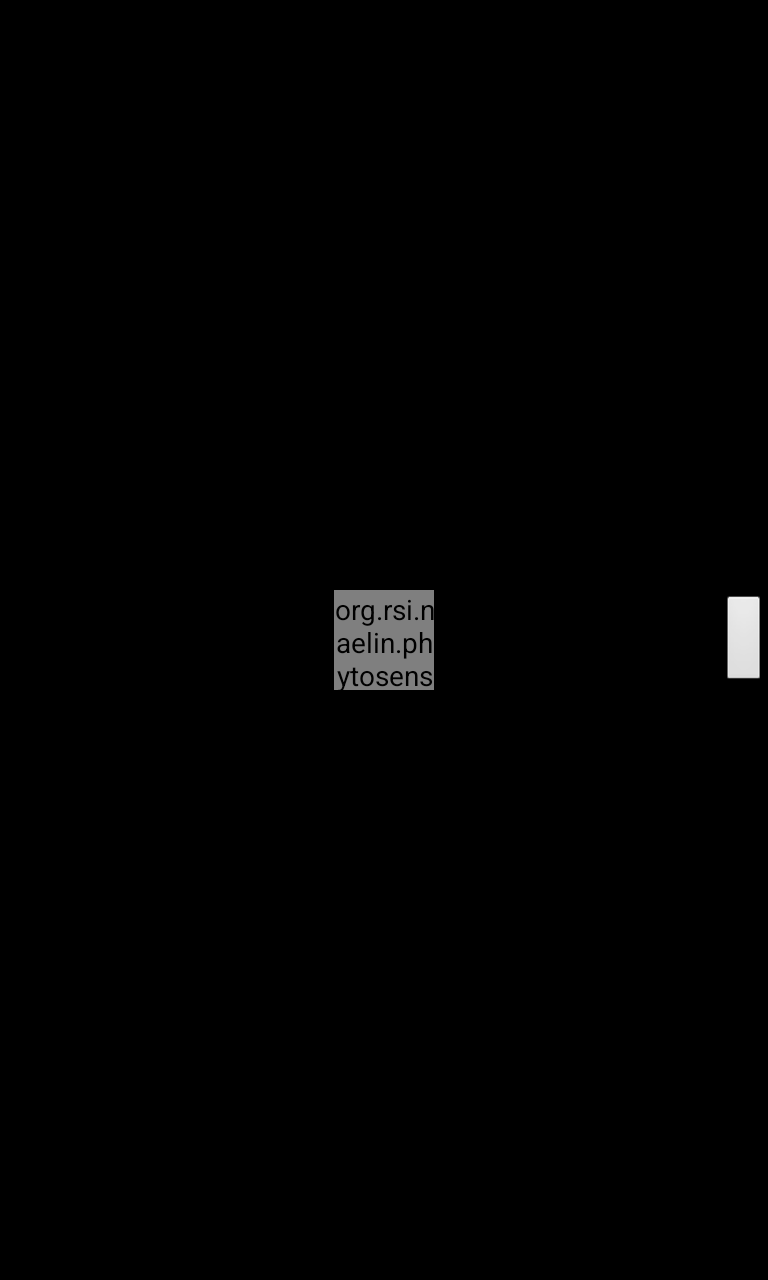
Repository: justnaelin/PhytoSenseIt-app
Layout: PhytoSenseIt/res/layout/activity_main.xml
These files come from the project's save history. The layout is drawn as it stood at one moment and after the next save; the edit follows.
Pictures or frames that could not be fetched are drawn as grey boxes. It is drawn on a 768 x 1280 px phone screen (xhdpi) without system bars, with theme android:Theme.NoTitleBar.Fullscreen; the app's code is not run.

Above is the layout before, as saved 2015-07-29 18:12:28.

### PhytoSenseIt/res/layout/activity_main.xml
<?xml version="1.0" encoding="UTF-8"?>
<RelativeLayout xmlns:android="http://schemas.android.com/apk/res/android"
    xmlns:tools="http://schemas.android.com/tools"
    android:layout_width="match_parent"
    android:layout_height="match_parent"
     >
	<!--
    <org.rsi.naelin.phytosenseit.CameraView
        android:id="@+id/java_surface_view"
        android:layout_width="match_parent"
        android:layout_height="match_parent" /> -->

    <ImageView
        android:id="@+id/image_view"
        android:layout_width="match_parent"
        android:layout_height="match_parent" />

    <org.rsi.naelin.phytosenseit.CameraView
        android:id="@+id/cameraView1"
        android:layout_width="50dp"
        android:layout_height="50dp"
        android:layout_centerHorizontal="true"
        android:layout_centerVertical="true" />

    <Button
        android:id="@+id/take_photo_button"
        android:layout_width="wrap_content"
        android:layout_height="wrap_content"
        android:layout_alignBaseline="@+id/cameraView1"
        android:layout_alignBottom="@+id/cameraView1"
        android:layout_alignParentRight="true" />

</RelativeLayout>

After the next save:
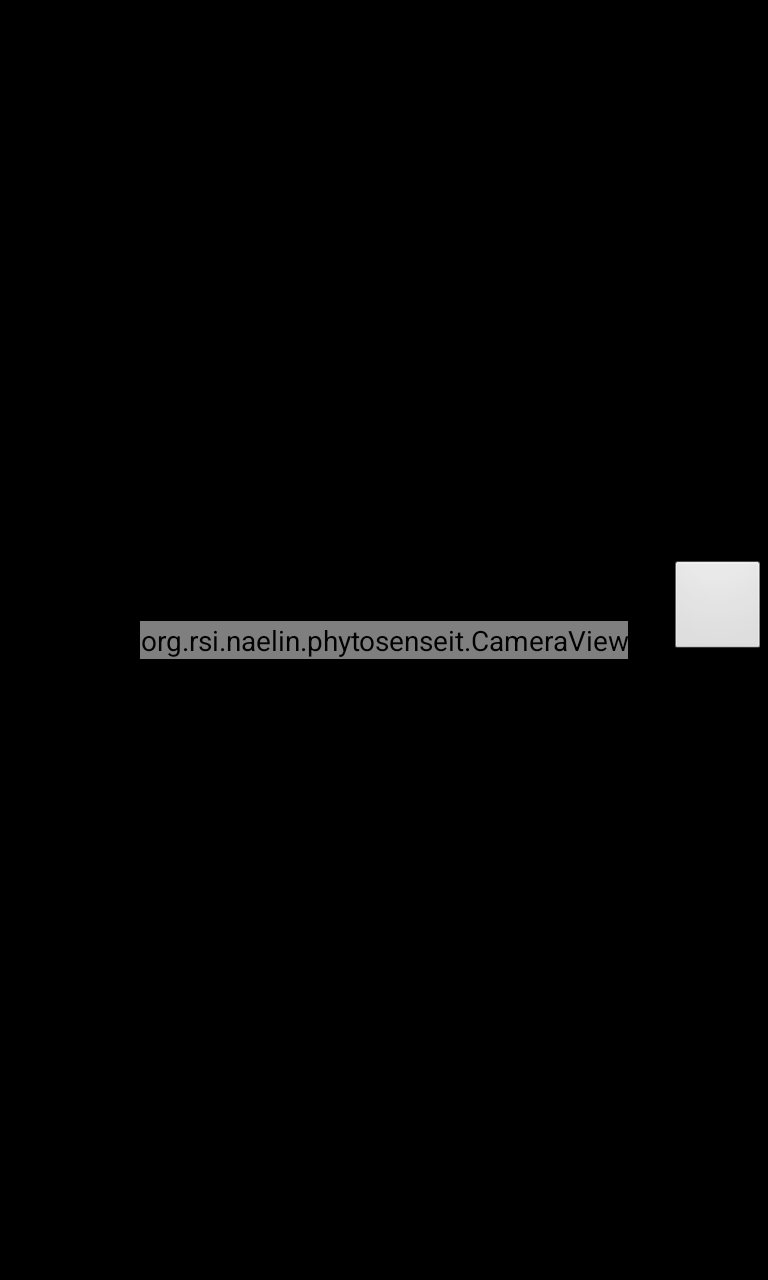
Saved 62 s later.
--- a/PhytoSenseIt/res/layout/activity_main.xml
+++ b/PhytoSenseIt/res/layout/activity_main.xml
@@ -17,15 +17,15 @@
 
     <org.rsi.naelin.phytosenseit.CameraView
         android:id="@+id/cameraView1"
-        android:layout_width="50dp"
-        android:layout_height="50dp"
+        android:layout_width="wrap_content"
+        android:layout_height="wrap_content"
         android:layout_centerHorizontal="true"
         android:layout_centerVertical="true" />
 
     <Button
         android:id="@+id/take_photo_button"
-        android:layout_width="wrap_content"
-        android:layout_height="wrap_content"
+        android:layout_width="50dp"
+        android:layout_height="50dp"
         android:layout_alignBaseline="@+id/cameraView1"
         android:layout_alignBottom="@+id/cameraView1"
         android:layout_alignParentRight="true" />
